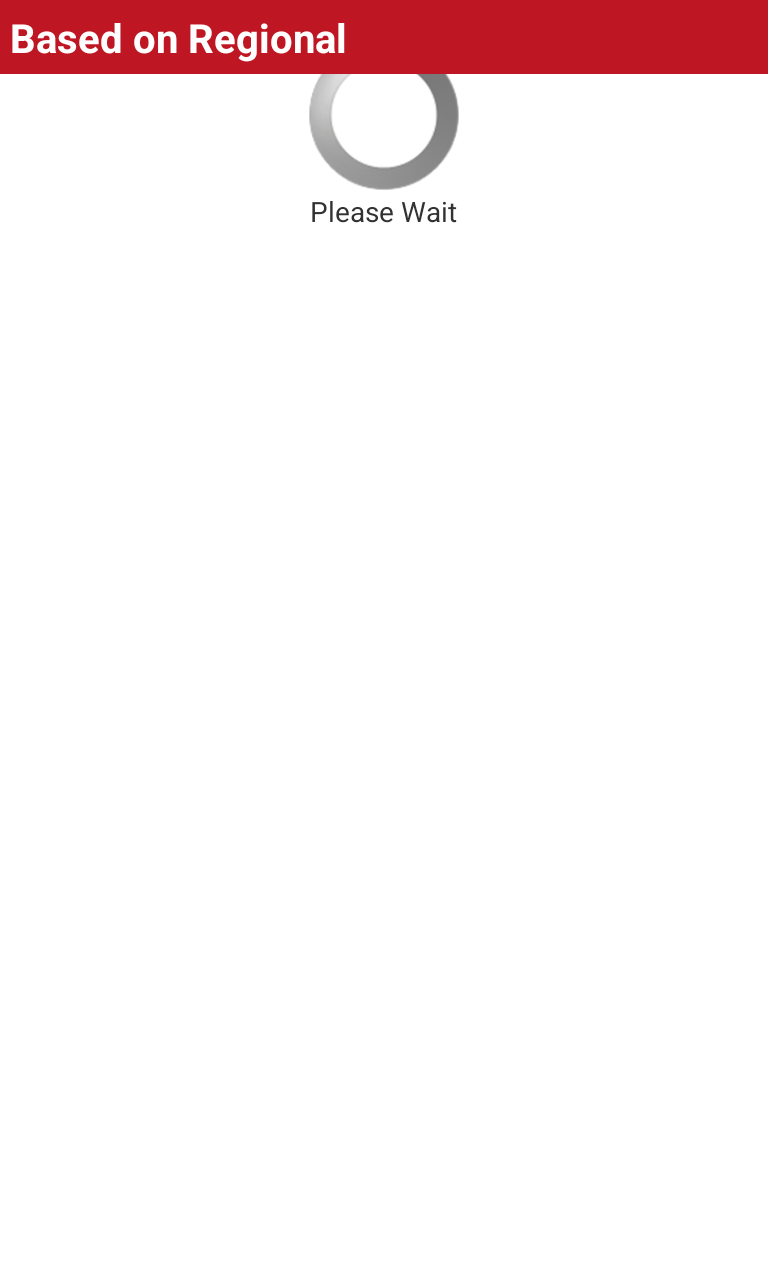
Repository: galihandy/chessboard
Layout: ArsenalIndonesia/res/layout/multiview_regional.xml
These files come from the project's save history. The layout is drawn as it stood at one moment and after the next save; the edit follows.
It is drawn on a 768 x 1280 px phone screen (xhdpi) without system bars, with theme android:Theme.Light.NoTitleBar; the app's code is not run. Lists and similar views that code fills are empty.

Above is the layout before, as saved 2013-02-15 14:44:44.

After the next save:
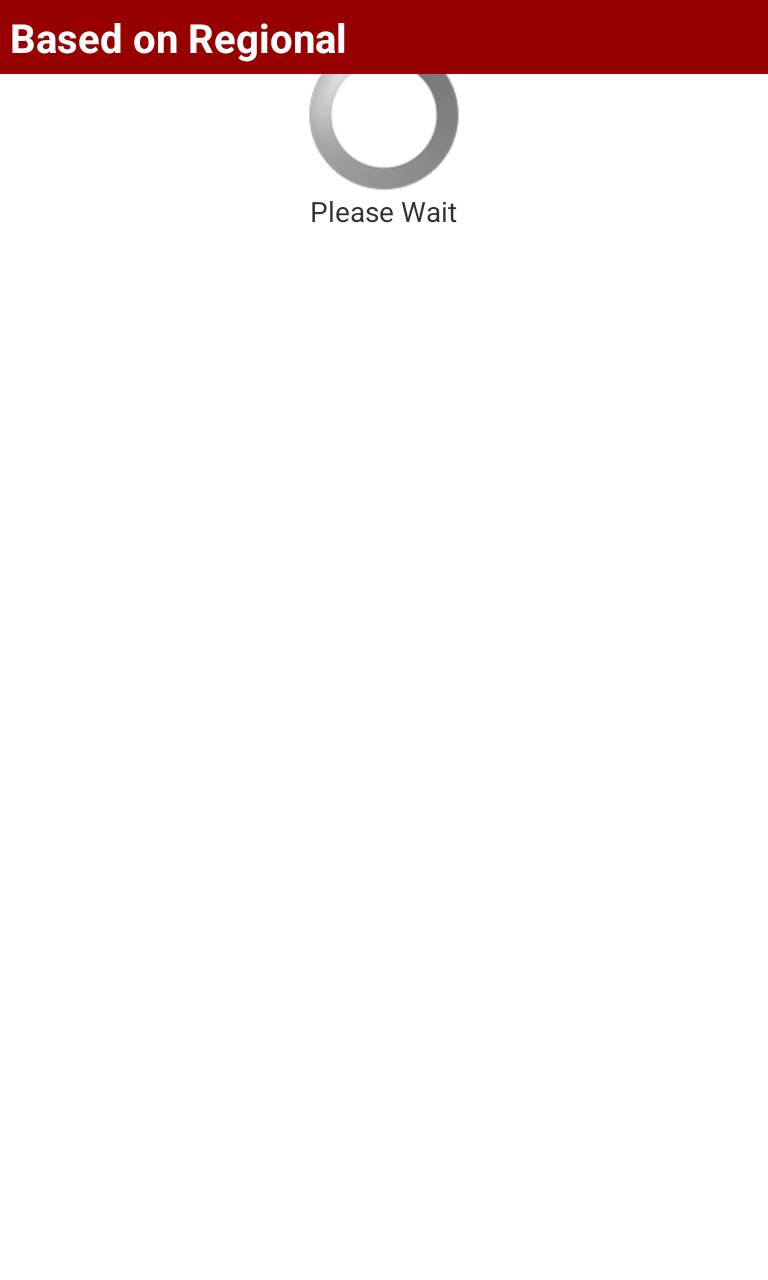
Saved 9 s later.
--- a/ArsenalIndonesia/res/layout/multiview_regional.xml
+++ b/ArsenalIndonesia/res/layout/multiview_regional.xml
@@ -46,7 +46,7 @@
             android:layout_width="match_parent"
             android:layout_height="wrap_content"
             android:padding="5dip"
-            android:background="@drawable/red"
+            android:background="@drawable/dark_red"
             android:text="@string/reg_pg_title_lbl"
             android:textColor="@android:color/white"
             android:textSize="20dp"
